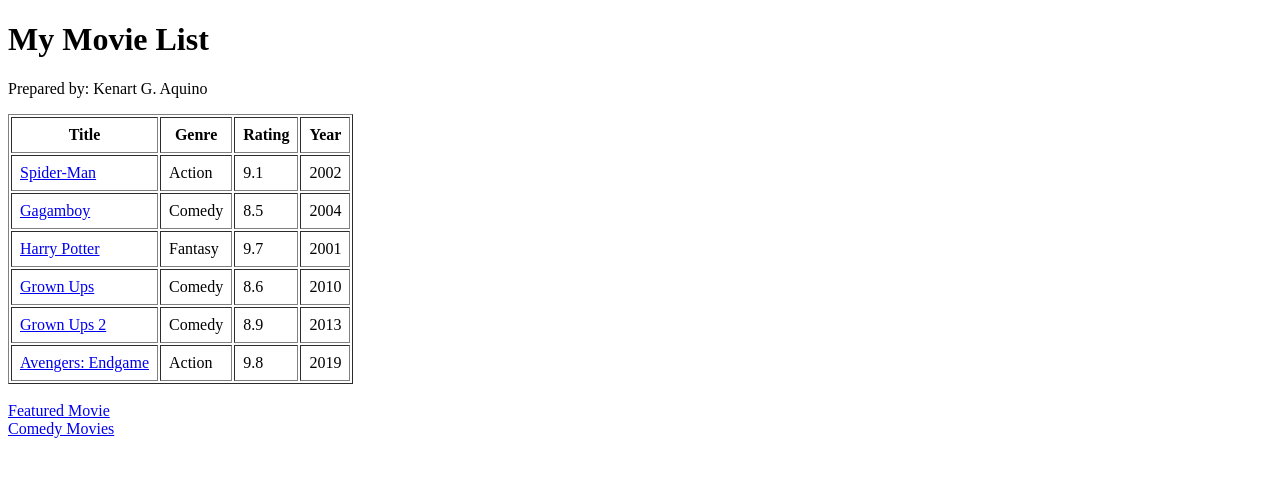
Repository: aquinokenart-dev/itrackb4-la3-Aquino-Kenart
Page: http://localhost/movies
The author's editor kept a copy of each file at every save. The page is drawn from the files as they stood at one save, then again after the next save.
The browser window is 1280 px wide. The pictures show the whole page.
The page is served by the project's Laravel application, run on PHP 8.4 with Laravel 12. Other server files are loaded and not shown.

Above is the page before, as saved 2026-09-03 15:28:09.

### routes/web.php
<?php

use Illuminate\Support\Facades\Route;
use App\Http\Controllers\MovieController;

Route::get('/whoami', function () {
    return 'Kenart G. Aquino | 2023-70307 | Block 4C | ITRACKB4 Laravel 12';
});

Route::get('/movies', [MovieController::class, 'index'])->name('movies.index');

Route::get('/movies/featured', [MovieController::class, 'featured'])->name('movies.featured');

Route::get('/movies/filter/{genre?}', [MovieController::class, 'filter'])->name('movies.filter');

Route::get('/movies/{id}', [MovieController::class, 'show'])->name('movies.show');

### app/Http/Controllers/MovieController.php
<?php

namespace App\Http\Controllers;

use Illuminate\Http\Request;
use Illuminate\View\View;

class MovieController extends Controller
{
    public function index()
    {
        return view('movies.index', ['movies' => $this->movies()]);
    }

    public function show($id){
        $movies = $this->movies();
        if (!isset($movies[$id])) {
            abort(404);
        }

        return view('movies.show', ['movie' => $movies[$id]]);
    }

    public function filter($genre = null){
        $movies = $this->movies();
        if ($genre) {
            $movies = array_filter($movies, function ($movie) use ($genre) {
                return strtolower($movie['genre']) === strtolower($genre);
            });
        }

        return view('movies.filter', ['movies' => $movies,'activeGenre' => $genre]);
    }

    private function movies()
    {
        return [
            1 => ['id' => 1,'title' => 'Spider-Man','price' => 250,'genre' => 'Action','rating' => 9.1,'year' => 2002],
            2 => ['id' => 2,'title' => 'Gagamboy','price' => 200,'genre' => 'Comedy','rating' => 8.5,'year' => 2004],
            3 => ['id' => 3,'title' => 'Harry Potter','price' => 300,'genre' => 'Fantasy','rating' => 9.7,'year' => 2001],
            4 => ['id' => 4,'title' => 'Grown Ups','price' => 250,'genre' => 'Comedy','rating' => 8.6,'year' => 2010],
            5 => ['id' => 5,'title' => 'Grown Ups 2','price' => 250,'genre' => 'Comedy','rating' => 8.9,'year' => 2013],
            6 => ['id' => 6,'title' => 'Avengers: Endgame','price' => 350,'genre' => 'Action','rating' => 9.8,'year' => 2019],

        ];
    }
}

### resources/views/movies/index.blade.php
<!DOCTYPE html>
<html>
<head>
    <title>My Movie List</title>
</head>
<body>
    <h1>My Movie List</h1>
    <p>Prepared by: Kenart G. Aquino</p>
    <table border="1" cellpadding="8">
        <tr>
            <th>Title</th>
            <th>Genre</th>
            <th>Rating</th>
            <th>Year</th>
        </tr>
        @foreach ($movies as $movie)
            <tr>
                <td>
                    <a href="{{ route('movies.show', $movie['id']) }}">
                        {{ $movie['title'] }}
                    </a>
                </td>
                <td>
                    {{ $movie['genre'] }}
                </td>
                <td>
                    {{ $movie['rating'] }}
                </td>
                <td>
                    {{ $movie['year'] }}
                </td>
            </tr>
        @endforeach
    </table>
    <br>
    <a href="{{ route('movies.featured') }}">
        Featured Movie
    </a>
    <br>
    <a href="{{ route('movies.filter', 'Comedy') }}">
        Comedy Movies
    </a>
</body>
</html>

Loaded but not shown: app/Http/Controllers/Controller.php (common file)

After the next save:
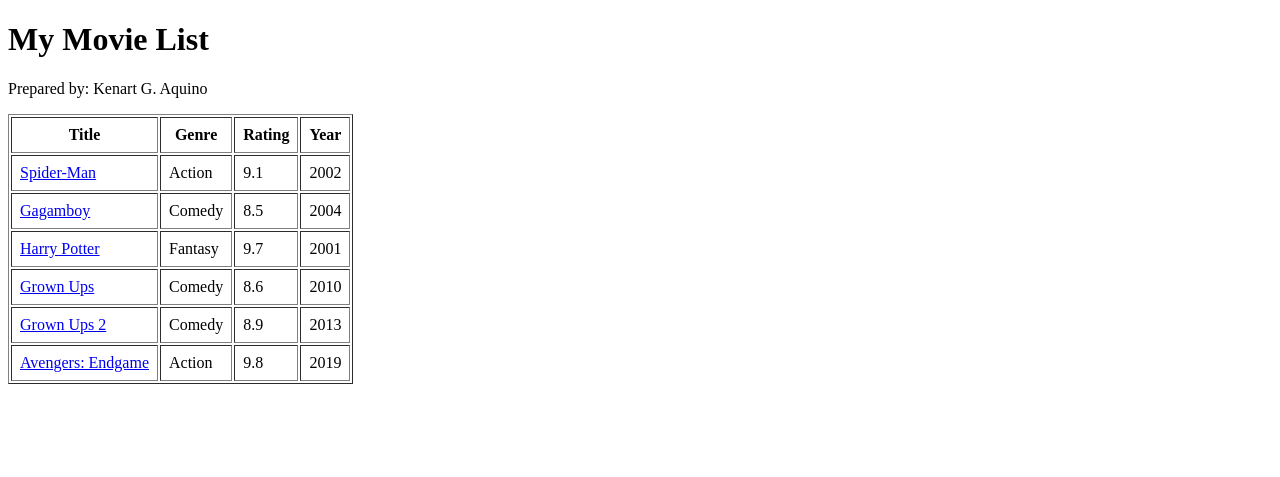
Saved 7 min 5 s later.
--- a/resources/views/movies/index.blade.php
+++ b/resources/views/movies/index.blade.php
@@ -33,12 +33,7 @@
         @endforeach
     </table>
     <br>
-    <a href="{{ route('movies.featured') }}">
-        Featured Movie
-    </a>
     <br>
-    <a href="{{ route('movies.filter', 'Comedy') }}">
-        Comedy Movies
     </a>
 </body>
 </html>
